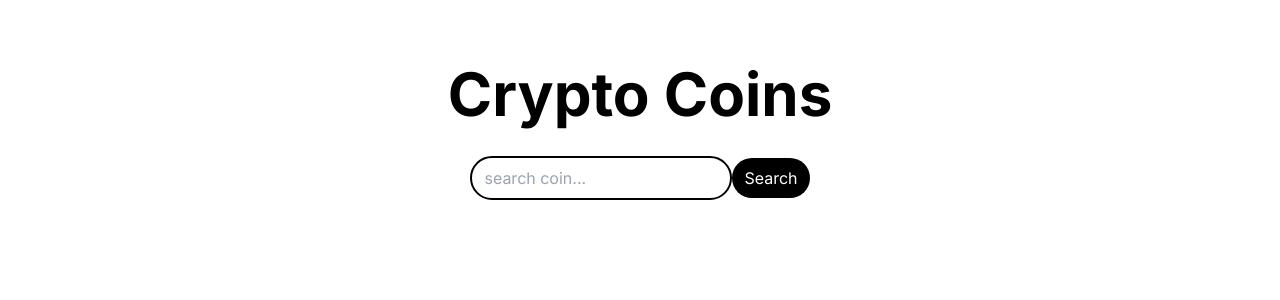
Repository: bittu-Patel/coins
Page: /
These files come from the project's save history. The page is drawn as it stood at one moment and after a run of saves; the edit follows.
The browser window is 1280 px wide. The pictures show the whole page.
The page's requests for data from a server got no answer. The project was rebuilt for these pictures with package versions that can differ from the ones it lists, and the page was loaded fresh each time. The framework's server and built-in components were replaced by stand-ins that run in the browser. No one was signed in, and anything a server would have sent is missing. Also part of the build but not shown: next.config.js.

Above is the page before, as saved 2023-12-18 16:32:46.

### app/page.js
"use client"

import { useState, useEffect } from "react"
import Coins from "./components/Coins";
import SearchCoins from "./components/SearchCoins";


export default function Home() {
const [coins, SetCoins] = useState([]);

useEffect(() => {
  const getCoins = async () => {
    const response = await fetch('/api/coins');
    const coins = await response.json();
    SetCoins(coins.data.coins);
  }

  getCoins();
  }, []);


  return (
   <div className="text-center">
<h1 className="font-bold text-6xl mt-8 py-8">Crypto Coins</h1>

<SearchCoins getSearchResults={(results) => SetCoins(results)}  />
<Coins coins={coins} />
   </div>
  )
}

### app/components/Coins.jsx
import Image from "next/image"


export default function Coins({coins}) {
  return (
    <>
    <ul className="grid grid-cols-4 mx-auto max-w-[1260px] gap-12">
{coins.map(coin => (
<li key={coin.uuid} className="flex flex-col gap-4 py-8">
    <Image
    src={coin.iconUrl}
    alt={coin.name}
width={70}
height={70}
    priority
    />
    <h3>{coin.name}</h3>
    <p>{coin.symbol}</p>
<p>{coin.price}</p>
</li>
))}
    </ul>
    </>
  )
}

### app/components/SearchCoins.jsx
"use client";
import Link from "next/link";
import { useState } from "react";

export default function SearchCoins({ getSearchResults }) {
  const [query, setQuery] = useState("");

  const handleSubmit = async (e) => {
    e.preventDefault();

    const response = await fetch(`/api/coins/search?query=${query}`);
    const coin = await response.json();

    getSearchResults(coin)
  };
  return (
    <div>
      <form onSubmit={handleSubmit}>
        <input
          className="text-black border-black border-2 rounded-full px-3 py-2 "
          type="text"
          placeholder="search coin... "
          value={query}
          onChange={(e) => setQuery(e.target.value)}
        />
        <button className="bg-black hover:bg-black/60 text-white rounded-full px-3 py-2 " type="submit">Search</button>
      </form>
    </div>
  );
}

Loaded but not shown: app/layout.js (common file); app/globals.css (common file); tailwind.config.js (common file)

After the next 2 saves:
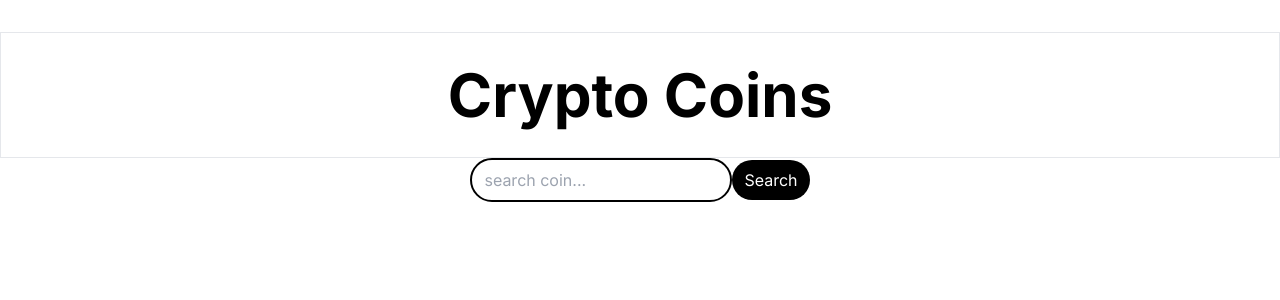
The 2 saves are shown as one change because they came seconds apart.
The last was saved 4 min 0 s later.
--- a/app/page.js
+++ b/app/page.js
@@ -21,7 +21,7 @@ useEffect(() => {
 
   return (
    <div className="text-center">
-<h1 className="font-bold text-6xl mt-8 py-8">Crypto Coins</h1>
+<h1 className="font-bold text-6xl mt-8 py-8 border">Crypto Coins</h1>
 
 <SearchCoins getSearchResults={(results) => SetCoins(results)}  />
 <Coins coins={coins} />
